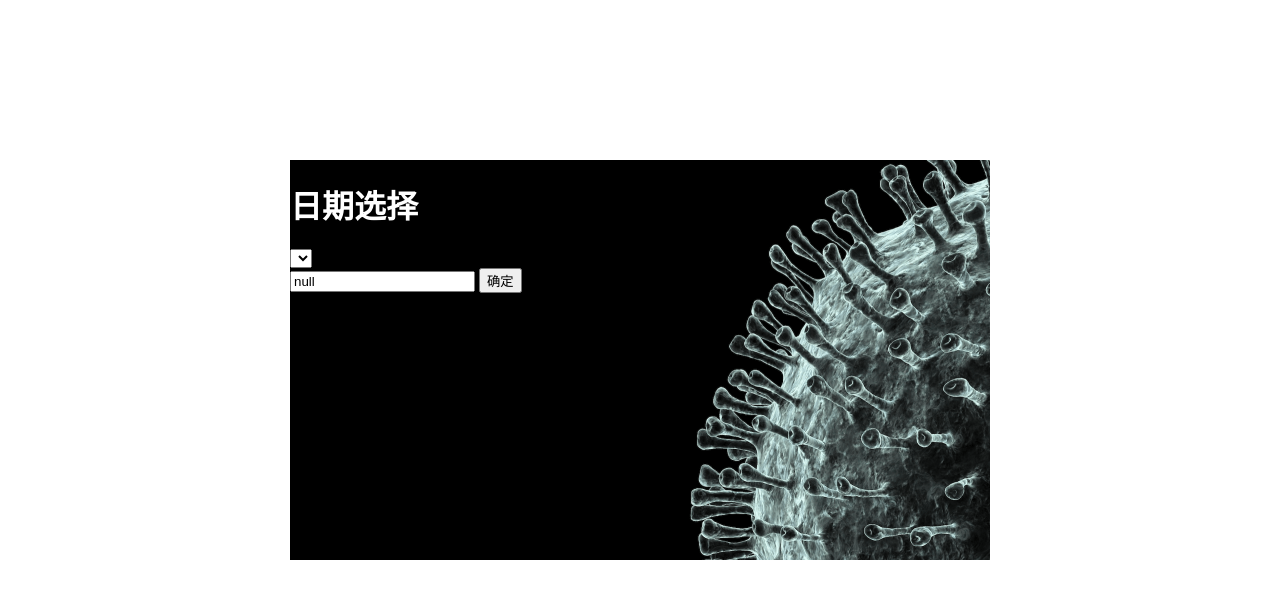
Repository: yz990219/InfectStatisticWeb
Page: http://localhost/MyInfectStatisticWeb/dateChooseProvince.jsp
The author's editor kept a copy of each file at every save. The page is drawn from the files as they stood at one save, then again after the next save.
The browser window is 1280 px wide. The pictures show the whole page.
The page is served by Tomcat 9. Other server files are loaded and not shown.

Above is the page before, as saved 2020-03-13 16:39:25.

### MyInfectStatisticWeb/WebContent/dateChooseProvince.jsp
<%@ page language="java" contentType="text/html; charset=utf-8"
	pageEncoding="utf-8"%>
<%@ page import="hw2.*"%>
<%@ page import="java.util.*"%>
<%@ page import="java.io.File"%>
<!DOCTYPE html>
<html>
<head>
<meta charset="UTF-8">
<meta http-equiv="X-UA-Compatible" content="IE=EDGE">
<title>省份日期详情选择</title>
<link href="css/datechoose.css" rel="stylesheet">
<script type="text/javascript" src="js/jquery.min.js"></script>
<script type="text/javascript" src="js/echarts.min.js"></script>
<script type="text/javascript" src="js/map/china.js"></script>
</head>
<body>


	<div class="datechoose">
		<form action="province.jsp" id="province">


			<%
				ArrayList<String> fileNameList = new ArrayList<String>();
				String[] temp;
				String path = "D:\\InfectStatisticWeb\\MyInfectStatisticWeb\\WebContent\\log\\";
				File name = new File(path);
				temp = name.list();
				if (name.isDirectory()) {
					for (int i = 0; i < temp.length; i++) {
						fileNameList.add(temp[i]);
					}
				}
			%>
			<div>
				<h1 style="color: #ffffff;">日期选择</h1>
			</div>
			<div>
				<select name="date">
					<%
						for (int i = 0; i < fileNameList.size(); i++) {
					%>
					<option
						value="<%=fileNameList.get(i).substring(0, fileNameList.get(i).length() - 8)%>">
						<%=fileNameList.get(i).substring(0, fileNameList.get(i).length() - 8)%>
					</option>
					<%
						}
					%>
				</select>
			</div>
			<input id="province_value" name="province_value" type="text"
				value="<%=request.getParameter("province_value")%>">
			<button type="submit">确定</button>
		</form>


	</div>



</body>
</html>

### MyInfectStatisticWeb/WebContent/css/datechoose.css
@charset "UTF-8";
.datechoose {
	background-image: url(backgroundimg.png);
   	width: 700px;
    height: 400px;
    position: fixed;
    left: 50%;
    top: 50%;
    z-index: 11;
    /*设定这个div的margin-top的负值为自身的高度的一半,margin-left的值也是自身的宽度的一半的负值.*/
    /*宽为400,那么margin-top为-200px*/
    /*高为200那么margin-left为-100px;*/
    margin: -200px 0 0 -350px;
}
.form{
	margin: 65px 0 0 140px;
}

Loaded but not shown: MyInfectStatisticWeb/WebContent/js/jquery.min.js (library); MyInfectStatisticWeb/WebContent/js/echarts.min.js (library); MyInfectStatisticWeb/WebContent/js/map/china.js (library)

After the next save:
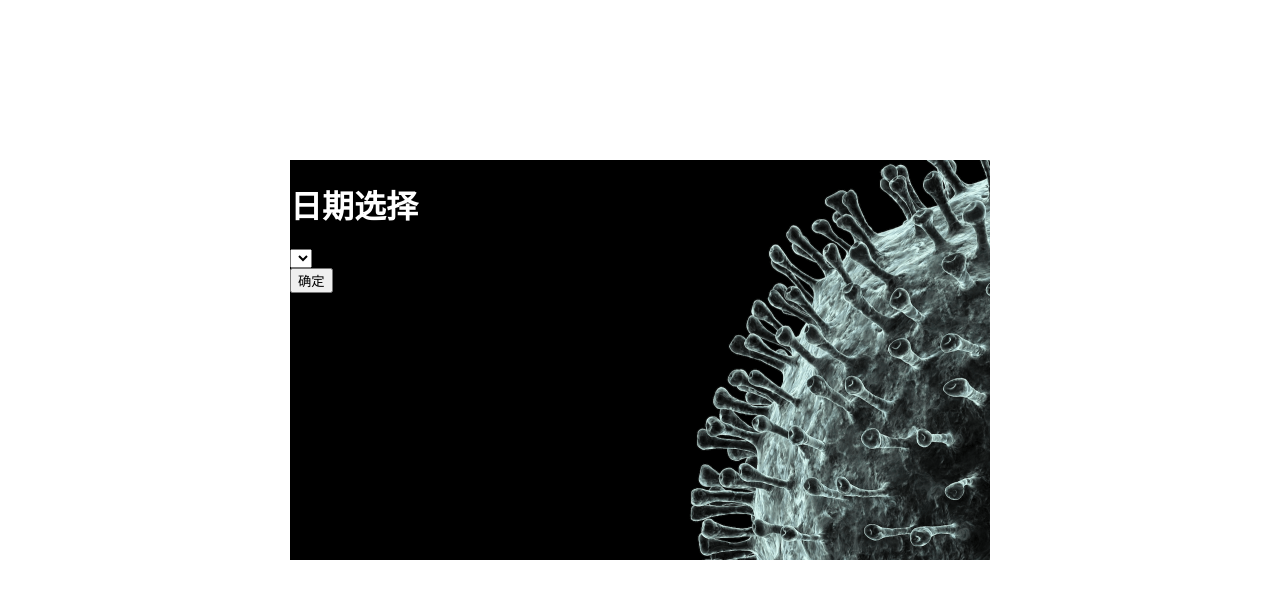
Saved 77 s later.
--- a/MyInfectStatisticWeb/WebContent/dateChooseProvince.jsp
+++ b/MyInfectStatisticWeb/WebContent/dateChooseProvince.jsp
@@ -51,7 +51,7 @@
 				</select>
 			</div>
 			<input id="province_value" name="province_value" type="text"
-				value="<%=request.getParameter("province_value")%>">
+				value="<%=request.getParameter("province_value")%>" style="display: none;">
 			<button type="submit">确定</button>
 		</form>
 
